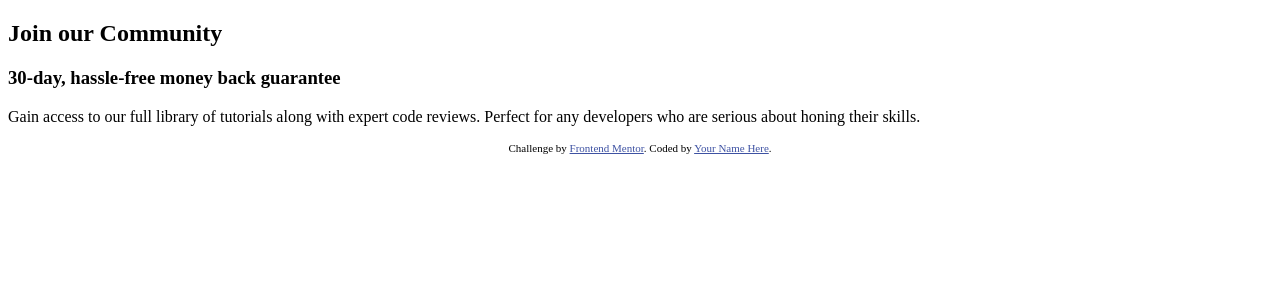
Repository: OmniaRafat232111121/single-price-grid-component-master
Page: index.html
The author's editor kept a copy of each file at every save. The page is drawn from the files as they stood at one save, then again after a run of saves.
The browser window is 1280 px wide. The pictures show the whole page.

Above is the page before, as saved 2022-06-28 00:10:08.

After the next 4 saves:
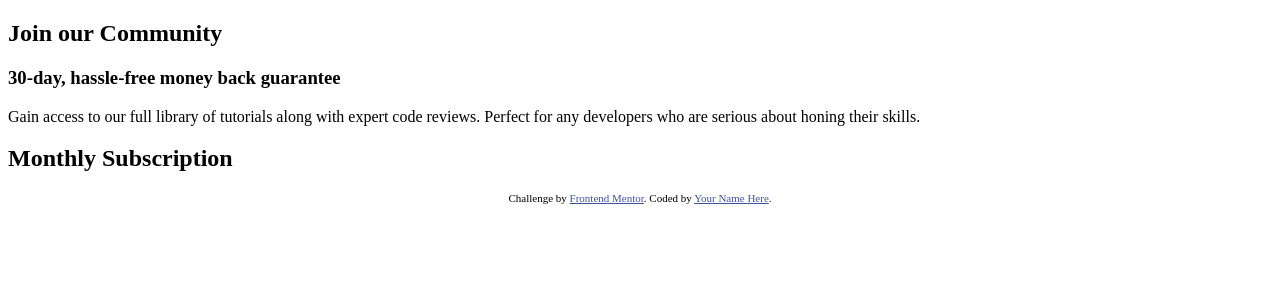
The 4 saves are shown as one change because they came seconds apart.
The last was saved 17 s later.
--- a/index.html
+++ b/index.html
@@ -25,6 +25,7 @@
     </section>
 
     <section class="bg-dark-cyan section">
+     <h2>Monthly Subscription</h2>
 
     </section>
   </di>
